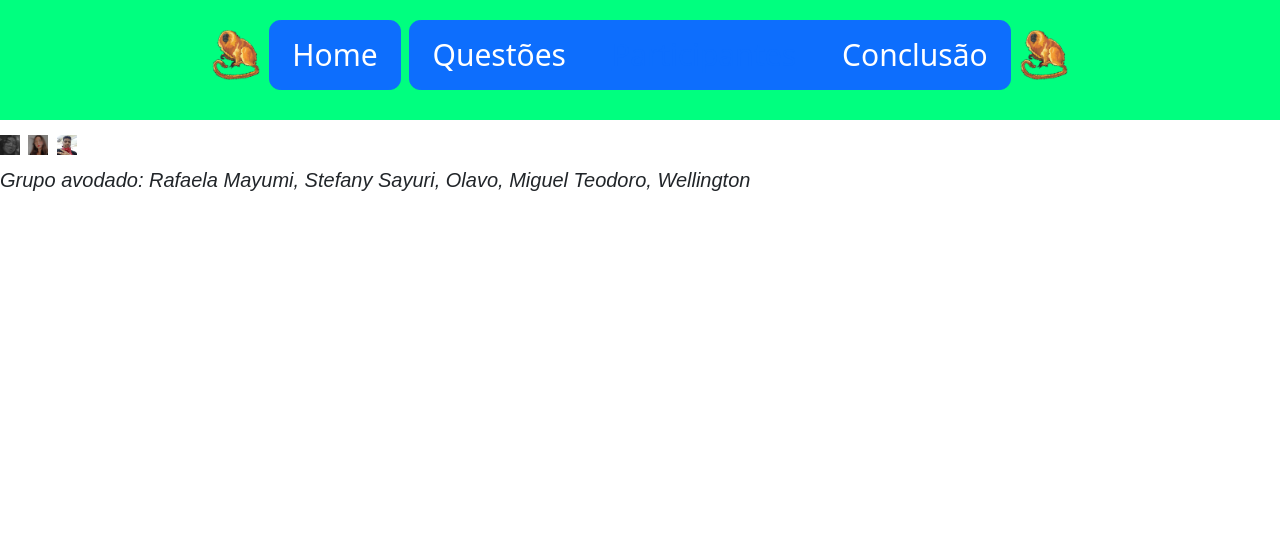
Repository: OlavoSchiavi/Site-de-biologia
Page: participantes.html
An editor plug-in stored every save of this project. The page is shown before and after the next save, followed by the edit.
The browser window is 1280 px wide. The pictures show the whole page.

Above is the page before, as saved 2023-04-18 22:55:12.
Not found: JS/script.js

After the next save:
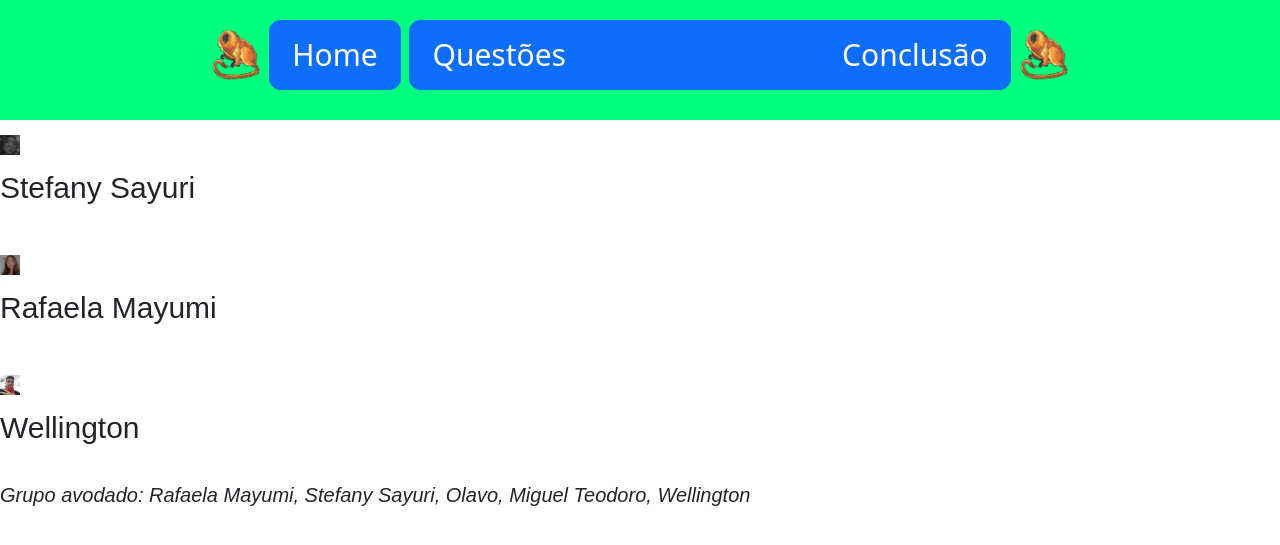
Saved 103 s later.
--- a/participantes.html
+++ b/participantes.html
@@ -33,8 +33,11 @@
     <main>
         <div>
             <img src="imagens/sayuri.jpeg" alt="" class="perfil">
+            <p>Stefany Sayuri</p>
             <img src="imagens/Rafinha.jpeg" alt="" class="perfil">
+            <p>Rafaela Mayumi</p>
             <img src="imagens/Welton.jpeg" alt="" class="perfil">
+            <p>Wellington</p>
         </div>
     </main>
     <footer style="font-size: 20px; font-style: italic;">
